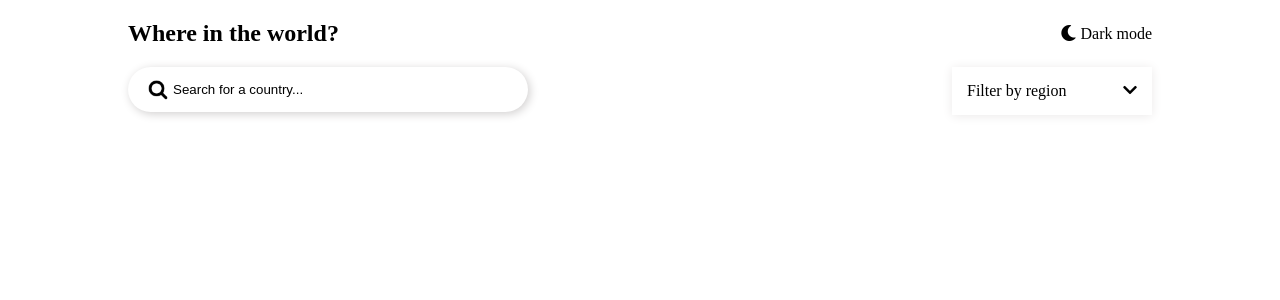
Repository: Eugene44-hub/countryProj
Page: index.html
These files come from the project's save history. The page is drawn as it stood at one moment and after the next save; the edit follows.
The browser window is 1280 px wide. The pictures show the whole page.
The page's requests for data from a server got no answer.

Above is the page before, as saved 2021-10-10 20:46:22.

After the next save:
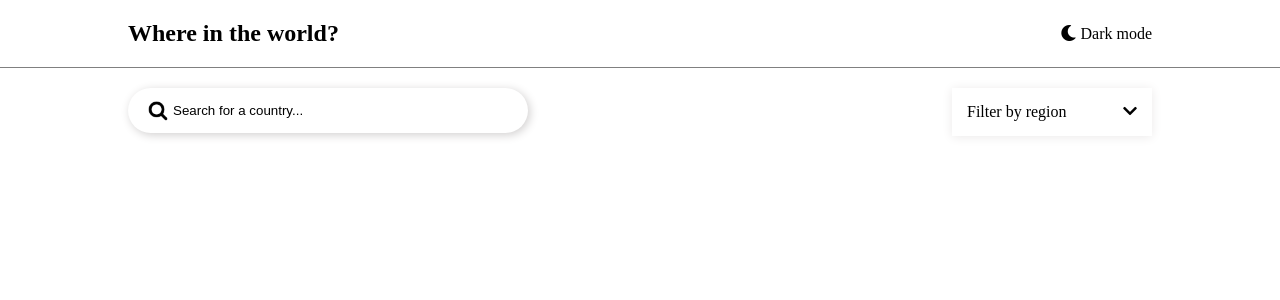
Saved 6 s later.
--- a/style.css
+++ b/style.css
@@ -70,7 +70,7 @@ header {
 }
 
 .header-container {
-    border-bottom: 2;
+    border-bottom: 1px solid grey;
 }
 
 input {
